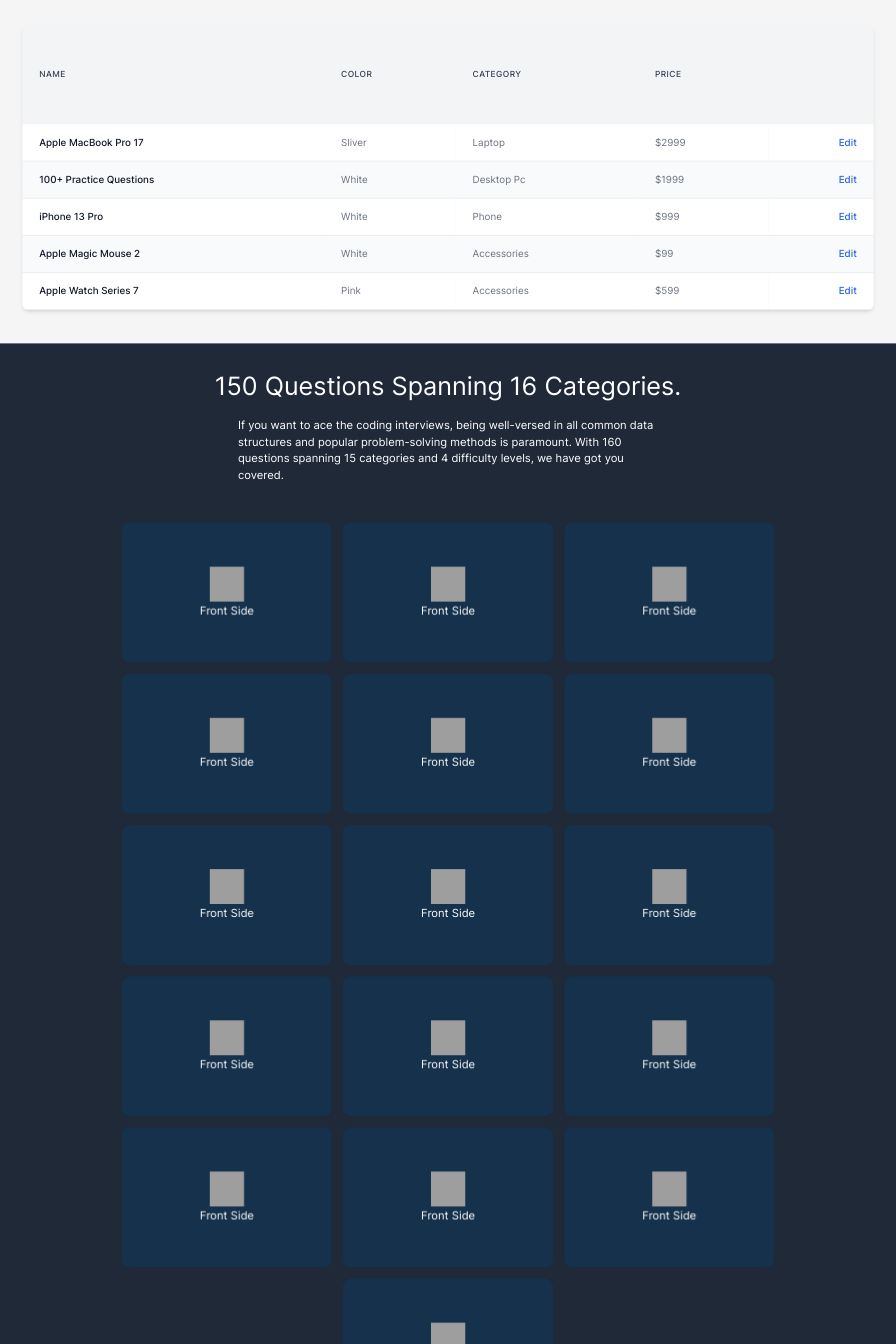
Repository: om1ars/Xjkey
Page: /
These files come from the project's save history. The page is drawn as it stood at one moment and after a run of saves; the edit follows.
The browser window is 1280 px wide. The pictures show the part of the page from y = 941 to 2861 px (the page is 3640 px tall before and 3656 px after), at 70% of full size.
Pictures or frames that could not be fetched are drawn as grey boxes. The project was rebuilt for these pictures with package versions that can differ from the ones it lists, and the page was loaded fresh each time. The framework's server and built-in components were replaced by stand-ins that run in the browser. Also part of the build but not shown: next.config.js.

Above is the page before, as saved 2022-03-19 01:37:50.

After the next 2 saves:
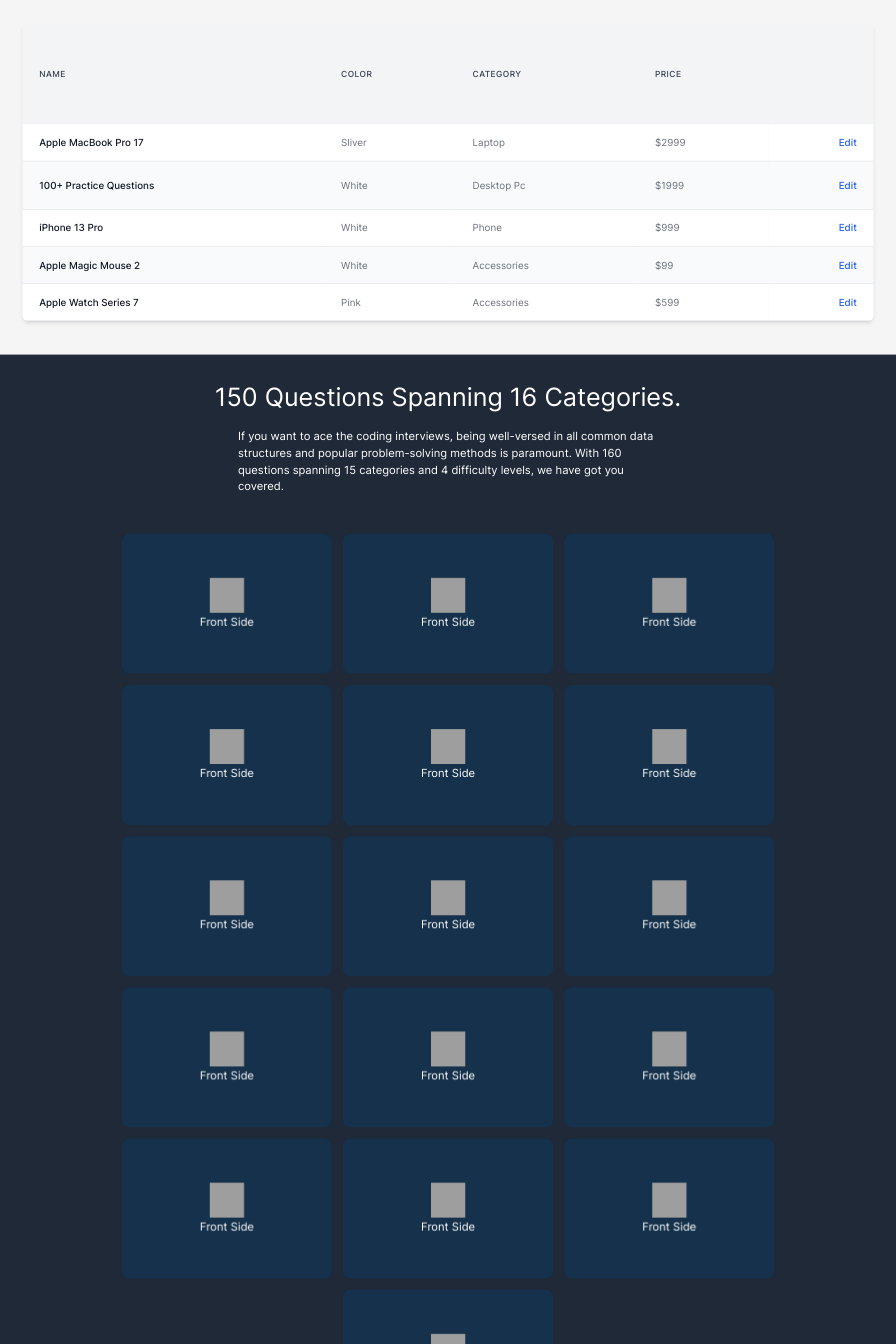
The 2 saves are shown as one change because they came seconds apart.
The last was saved 7 s later.
--- a/src/components/HomeComponents/CompareTable.tsx
+++ b/src/components/HomeComponents/CompareTable.tsx
@@ -65,7 +65,7 @@
                   </tr>
                   {/* Product 2 */}
                   <tr className="border-b odd:bg-white even:bg-gray-50 dark:border-gray-600 odd:dark:bg-gray-800 even:dark:bg-gray-700">
-                    <td className="whitespace-nowrap py-4 px-6 text-sm font-medium text-gray-900 dark:text-white">
+                    <td className="whitespace-nowrap py-4 pt-6 pb-6 px-6 text-sm font-medium text-gray-900 dark:text-white">
                     100+ Practice Questions
                     </td>
                     <td className="whitespace-nowrap py-4 px-6 text-sm text-gray-500 dark:text-gray-400">
